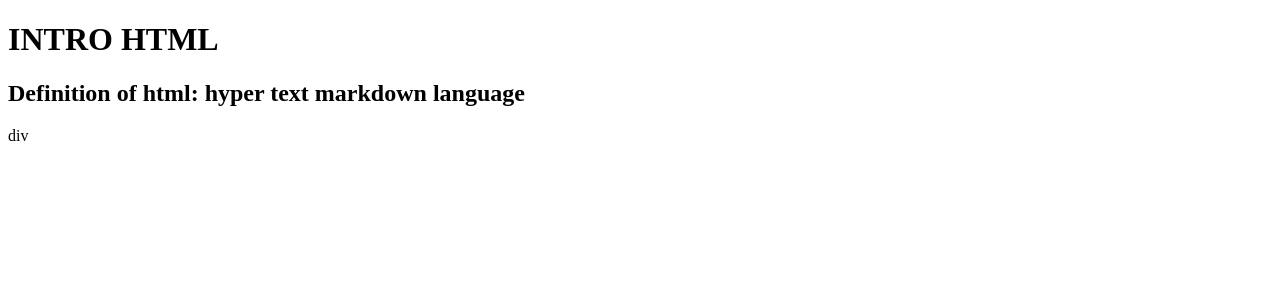
Repository: mirambialex/MYFIRSTREPOR
Page: INTRODUCTION.HTML
The author's editor kept a copy of each file at every save. The page is drawn from the files as they stood at one save, then again after the next save.
The browser window is 1280 px wide. The pictures show the whole page.

Above is the page before, as saved 2024-03-28 10:21:41.

### INTRODUCTION.HTML
<!DOCTYPE html>
<html lang="en">
<head>
    <meta charset="UTF-8">
    <meta name="viewport" content="width=device-width, initial-scale=1.0">
    <title>Document</title>
</head>
<body>
    <DIV>
        <P><H1>
            INTRO HTML
        </H1>
        </P><H2>Definition of html: hyper text markdown language</H2>
    </DIV>
    <div class="navbar">

    </div>
    div
</body>
</html>

After the next save:
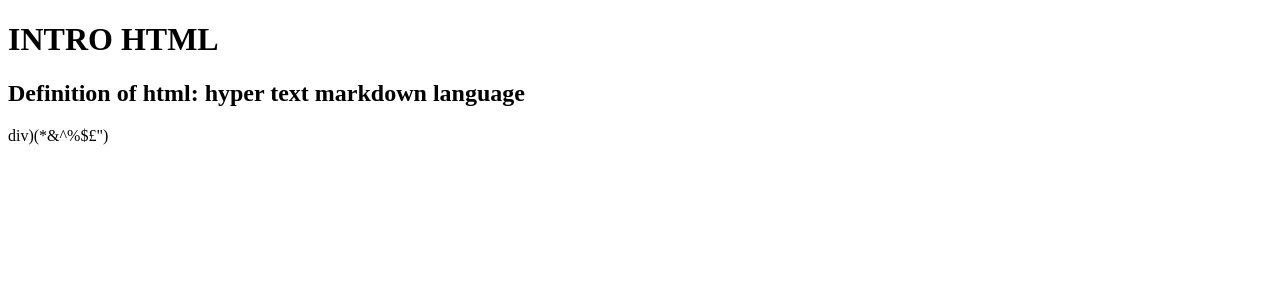
Saved 7 s later.
--- a/INTRODUCTION.HTML
+++ b/INTRODUCTION.HTML
@@ -15,6 +15,6 @@
     <div class="navbar">
 
     </div>
-    div
+    div)(*&^%$£")
 </body>
 </html>

After the save that followed:
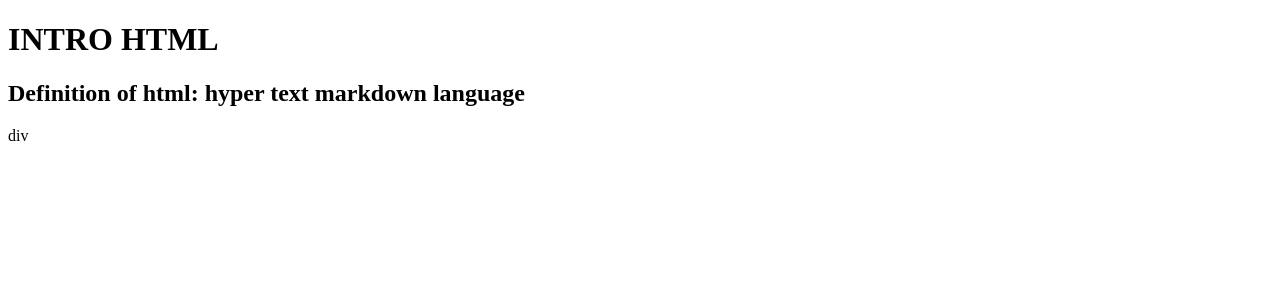
Saved 4 s later.
--- a/INTRODUCTION.HTML
+++ b/INTRODUCTION.HTML
@@ -15,6 +15,6 @@
     <div class="navbar">
 
     </div>
-    div)(*&^%$£")
+    div
 </body>
 </html>
